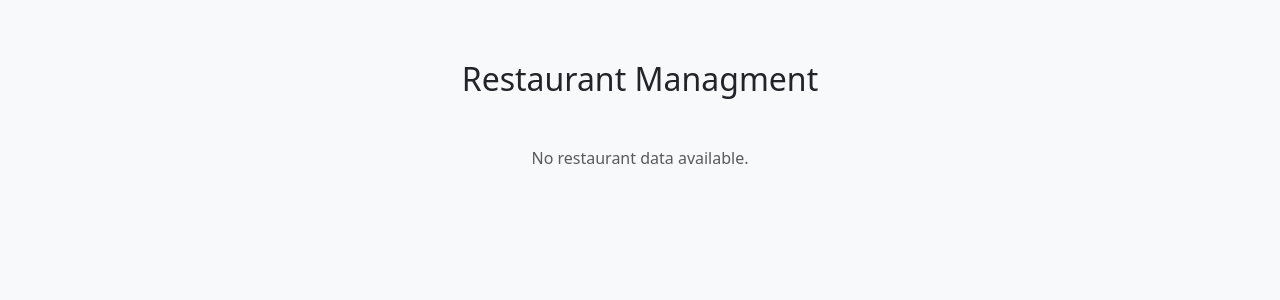
Repository: Rupeswarbhainsa777/Food-Web-App
Page: http://localhost/TapFoodApp/ResturentMangemtByAdmin.jsp
These files come from the project's save history. The page is drawn as it stood at one moment and after the next save; the edit follows.
The browser window is 1280 px wide. The pictures show the whole page.
The page is served by Tomcat 10. Nobody is signed in. The application's start-up code is not run.

Above is the page before, as saved 2025-05-14 23:03:36.

After the next save:
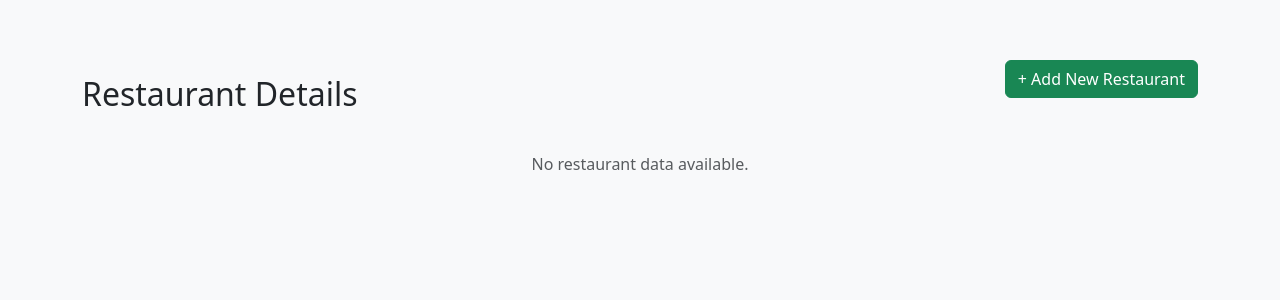
Saved 74 s later.
--- a/TapFoodApp/src/main/webapp/ResturentMangemtByAdmin.jsp
+++ b/TapFoodApp/src/main/webapp/ResturentMangemtByAdmin.jsp
@@ -41,12 +41,19 @@
         .btn-danger:hover {
             background-color: #c82333;
         }
+        .btn-add {
+            margin-bottom: 30px;
+            float: right;
+        }
     </style>
 </head>
 <body>
 
 <div class="container restaurant-info">
-    <h2 class="text-center mb-5">Restaurant Managment</h2>
+    <div class="d-flex justify-content-between align-items-center mb-4">
+        <h2 class="mb-0">Restaurant Details</h2>
+        <a href="addRestaurant.jsp" class="btn btn-success btn-add">+ Add New Restaurant</a>
+    </div>
 
     <div class="row">
     <%
